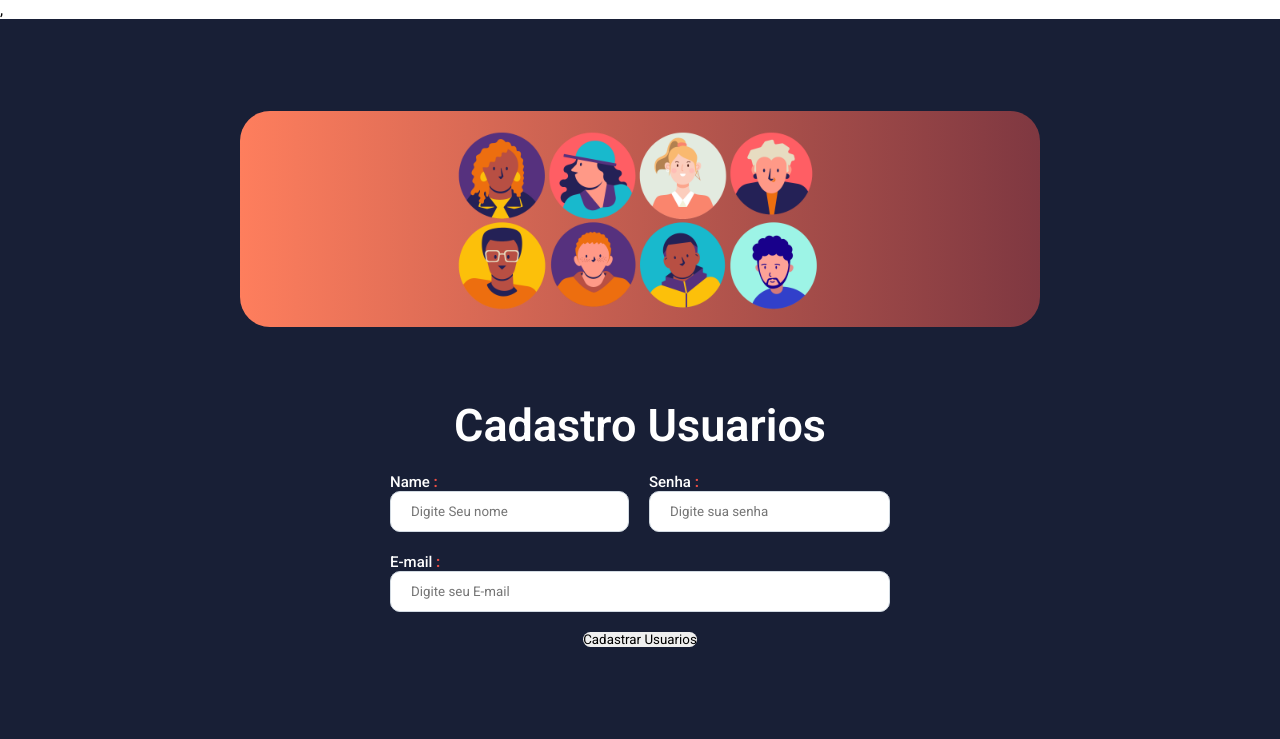
Repository: lcluizrj/meu-projeto-vscode
Page: / (app in cadastro-usuarios-devclub/)
These files come from the project's save history. The page is drawn as it stood at one moment and after the next save; the edit follows.
The browser window is 1280 px wide. The pictures show the whole page.
The project was rebuilt for these pictures with package versions that can differ from the ones it lists, and the page was loaded fresh each time. Also part of the build but not shown: cadastro-usuarios-devclub/vite.config.js.

Above is the page before, as saved 2026-08-15 17:31:27.

After the next save:
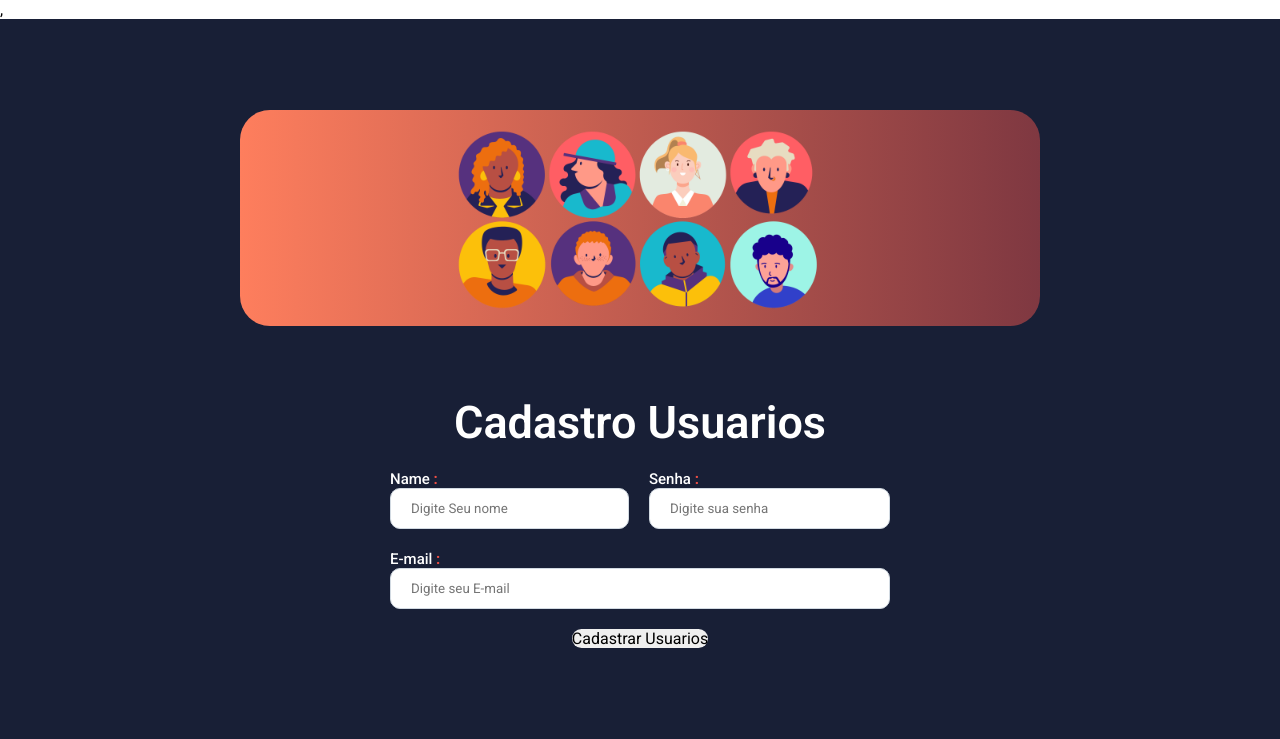
Saved 6 s later.
--- a/cadastro-usuarios-devclub/src/styles.js
+++ b/cadastro-usuarios-devclub/src/styles.js
@@ -73,7 +73,7 @@ export const Button = styled.button `
       border-radius: 15px;
       border:none;
       background-color:linear-gradient(180deg,#fe7e5d 0%, #ff6378 100%);
-      font
+      font-size: 16px;
 
 
 
